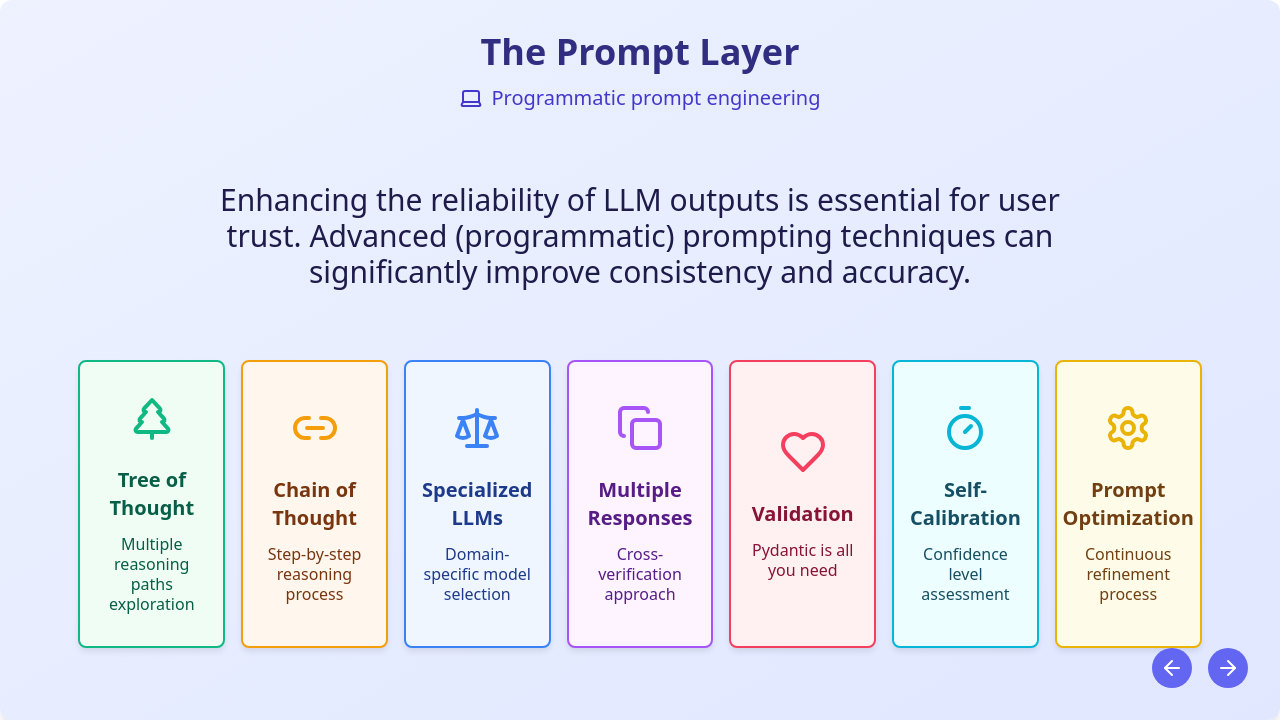
Repository: Galbaz1/dell_presentation
Page: /slide7
The author's editor kept a copy of each file at every save. The page is drawn from the files as they stood at one save, then again after the next save.
The browser window is 1280 px wide. The pictures show the whole page.
The project was rebuilt for these pictures with package versions that can differ from the ones it lists, and the page was loaded fresh each time. The framework's server and built-in components were replaced by stand-ins that run in the browser. Also part of the build but not shown: styles/animations/slide1.css, styles/animations/slide2.css.

Above is the page before, as saved 2024-11-13 13:13:43.

### pages/_app.tsx
import '../styles/globals.css'
import '../styles/animations/slide1.css'
import '../styles/animations/slide2.css'
import type { AppProps } from 'next/app'

function MyApp({ Component, pageProps }: AppProps) {
  return <Component {...pageProps} />
}

export default MyApp

### pages/slide7.tsx
import React, { useState, useEffect } from 'react';
import {
  ArrowLeft,
  GitBranch,
  Brain,
  Scale,
  Copy,
  Heart,
  Timer,
  Settings,
  TreePine,
  Link2,
  ArrowRight,
  Laptop,
} from 'lucide-react';
import Link from 'next/link';
import { motion, AnimatePresence } from 'framer-motion';
import { useRouter } from 'next/router';

const Slide7: React.FC = () => {
  const router = useRouter();
  const [hoveredBlock, setHoveredBlock] = useState<number | null>(null);
  const [displayedText, setDisplayedText] = useState('');
  const fullText = "Enhancing the reliability of LLM outputs is essential for user trust. Advanced (programmatic) prompting techniques can significantly improve consistency and accuracy.";

  useEffect(() => {
    let index = 0;
    const timer = setInterval(() => {
      if (index <= fullText.length) {
        setDisplayedText(fullText.slice(0, index));
        index++;
      } else {
        clearInterval(timer);
      }
    }, 30); // Adjust speed as needed

    return () => clearInterval(timer);
  }, []);

  useEffect(() => {
    const handleKeyDown = (event: KeyboardEvent) => {
      switch (event.key) {
        case 'ArrowLeft':
          router.push('/slide4');
          break;
        case 'ArrowRight':
          router.push('/slide8');
          break;
      }
    };

    window.addEventListener('keydown', handleKeyDown);
    return () => window.removeEventListener('keydown', handleKeyDown);
  }, [router]);

  const blocks = [
    {
      icon: <TreePine className="w-8 h-8" />,
      title: "Tree of Thought",
      description: "Multiple reasoning paths exploration",
      color: {
        bg: "#f0fdf4",
        border: "#10b981",
        text: "#065f46"
      }
    },
    {
      icon: <Link2 className="w-8 h-8" />,
      title: "Chain of Thought",
      description: "Step-by-step reasoning process",
      color: {
        bg: "#fff7ed",
        border: "#f59e0b",
        text: "#78350f"
      }
    },
    {
      icon: <Scale className="w-8 h-8" />,
      title: "Specialized LLMs",
      description: "Domain-specific model selection",
      color: {
        bg: "#eff6ff",
        border: "#3b82f6",
        text: "#1e3a8a"
      }
    },
    {
      icon: <Copy className="w-8 h-8" />,
      title: "Multiple Responses",
      description: "Cross-verification approach",
      color: {
        bg: "#fdf4ff",
        border: "#a855f7",
        text: "#581c87"
      }
    },
    {
      icon: <Heart className="w-8 h-8" />,
      title: "Validation",
      description: "Pydantic is all you need",
      color: {
        bg: "#fff1f2",
        border: "#f43f5e",
        text: "#881337"
      }
    },
    {
      icon: <Timer className="w-8 h-8" />,
      title: "Self-Calibration",
      description: "Confidence level assessment",
      color: {
        bg: "#ecfeff",
        border: "#06b6d4",
        text: "#164e63"
      }
    },
    {
      icon: <Settings className="w-8 h-8" />,
      title: "Prompt Optimization",
      description: "Continuous refinement process",
      color: {
        bg: "#fefce8",
        border: "#eab308",
        text: "#713f12"
      }
    }
  ];

  const containerVariants = {
    hidden: { opacity: 0 },
    visible: {
      opacity: 1,
      transition: {
        staggerChildren: 0.1
      }
    }
  };

  const blockVariants = {
    hidden: { y: 20, opacity: 0 },
    visible: (i: number) => ({
      y: 0,
      opacity: 1,
      transition: {
        delay: i * 0.1,
        type: "spring",
        stiffness: 100,
        damping: 15
      }
    }),
    hover: {
      scale: 1.03,
      y: -5,
      transition: {
        type: "spring",
        stiffness: 400,
        damping: 10
      }
    }
  };

  return (
    <div className="bg-gradient-to-br from-indigo-50 to-indigo-100 p-8 rounded-xl shadow-lg min-h-screen overflow-hidden relative">
      {/* Header */}
      <motion.div
        className="mb-16"
        initial={{ y: -20, opacity: 0 }}
        animate={{ y: 0, opacity: 1 }}
        transition={{ duration: 0.8 }}
      >
        <h1 className="text-4xl font-bold text-indigo-900 mb-3 text-center">The Prompt Layer</h1>
        <p className="text-xl text-indigo-700 text-center flex items-center justify-center">
          <Laptop className="w-6 h-6 mr-2" />
          Programmatic prompt engineering
        </p>
      </motion.div>

      {/* Streaming Text Container - Fixed height to prevent layout shifts */}
      <div className="h-[120px] flex items-center justify-center mb-16">
        <motion.div
          className="max-w-4xl mx-auto text-center"
          initial={{ opacity: 0 }}
          animate={{ opacity: 1 }}
          transition={{ delay: 0.5 }}
        >
          <AnimatePresence mode='wait'>
            <motion.span
              key={displayedText}
              initial={{ opacity: 0.5 }}
              animate={{ opacity: 1 }}
              className="text-3xl font-medium text-indigo-950"
            >
              {displayedText}
            </motion.span>
            {displayedText.length < fullText.length && (
              <motion.span
                className="inline-block w-1 h-8 bg-indigo-600 ml-1"
                animate={{ opacity: [1, 0] }}
                transition={{ duration: 0.5, repeat: Infinity }}
              />
            )}
          </AnimatePresence>
        </motion.div>
      </div>

      {/* Blocks Container */}
      <motion.div
        className="max-w-[95%] mx-auto grid grid-cols-7 gap-4 px-4"
        variants={containerVariants}
        initial="hidden"
        animate="visible"
        style={{ height: '40vh' }}
      >
        {blocks.map((block, index) => (
          <motion.div
            key={block.title}
            className="w-full h-full aspect-square"
            variants={blockVariants}
            custom={index}
            whileHover="hover"
            onHoverStart={() => setHoveredBlock(index)}
            onHoverEnd={() => setHoveredBlock(null)}
          >
            <div
              className="h-full relative p-4"
              style={{
                backgroundColor: block.color.bg,
                borderColor: block.color.border,
                borderWidth: 2,
                borderStyle: 'solid',
                borderRadius: '0.5rem',
                display: 'flex',
                flexDirection: 'column',
                justifyContent: 'center',
                alignItems: 'center',
                boxShadow: '0 4px 6px -1px rgb(0 0 0 / 0.1)'
              }}
            >
              {/* Glow effect on hover */}
              {hoveredBlock === index && (
                <motion.div
                  className="absolute inset-0 rounded-lg"
                  initial={{ opacity: 0 }}
                  animate={{ opacity: 0.2 }}
                  exit={{ opacity: 0 }}
                  style={{
                    backgroundColor: block.color.border,
                    filter: 'blur(15px)',
                    zIndex: -1
                  }}
                />
              )}

              <div className="flex flex-col items-center justify-center text-center h-full">
                <motion.div
                  className="mb-6"
                  animate={hoveredBlock === index ? {
                    scale: [1, 1.2, 1],
                    rotate: [0, 360],
                    transition: { duration: 1 }
                  } : {}}
                  style={{ color: block.color.border }}
                >
                  {React.cloneElement(block.icon, { className: "w-12 h-12" })}
                </motion.div>

                <h3
                  className="text-xl font-bold mb-3"
                  style={{ color: block.color.text }}
                >
                  {block.title}
                </h3>

                <p
                  className="text-base leading-tight"
                  style={{ color: block.color.text }}
                >
                  {block.description}
                </p>
              </div>
            </div>
          </motion.div>
        ))}
      </motion.div>

      {/* Navigation */}
      <div className="absolute bottom-8 right-8 flex items-center space-x-4">
        <Link href="/slide6" className="bg-indigo-500 hover:bg-indigo-600 text-white p-2 rounded-full transition-colors">
          <ArrowLeft className="w-6 h-6" />
        </Link>
        <Link href="/slide8" className="bg-indigo-500 hover:bg-indigo-600 text-white p-2 rounded-full transition-colors">
          <ArrowRight className="w-6 h-6" />
        </Link>
      </div>
    </div>
  );
};

export default Slide7;

### styles/globals.css
@tailwind base;
@tailwind components;
@tailwind utilities;

@keyframes fallAndBounce {
  0% {
    transform: translateY(-100%) translateX(-50%);
  }
  70% {
    transform: translateY(140%) translateX(-50%);
  }
  75% {
    transform: translateY(130%) translateX(-50%);
  }
  80% {
    transform: translateY(135%) translateX(-50%);
  }
  85% {
    transform: translateY(128%) translateX(-50%);
  }
  90% {
    transform: translateY(132%) translateX(-50%);
  }
  100% {
    transform: translateY(0%) translateX(-50%);
  }
}

@keyframes developerFall {
  0%, 69% {
    transform: translateX(-50%) rotate(0deg);
  }
  100% {
    transform: translateX(100%) rotate(90deg);
  }
}

@keyframes pulsate {
  0% {
    transform: translateY(0%) translateX(-50%) scale(1);
  }
  8% {
    transform: translateY(0%) translateX(-50%) scale(1.15);
  }
  10% {
    transform: translateY(0%) translateX(-50%) scale(1.1);
  }
  18% {
    transform: translateY(0%) translateX(-50%) scale(1.35);
  }
  20% {
    transform: translateY(0%) translateX(-50%) scale(1.3);
  }
  28% {
    transform: translateY(0%) translateX(-50%) scale(1.55);
  }
  30% {
    transform: translateY(0%) translateX(-50%) scale(1.5);
  }
  38% {
    transform: translateY(0%) translateX(-50%) scale(1.75);
  }
  40% {
    transform: translateY(0%) translateX(-50%) scale(1.7);
  }
  48% {
    transform: translateY(0%) translateX(-50%) scale(1.95);
  }
  50% {
    transform: translateY(0%) translateX(-50%) scale(1.9);
  }
  100% {
    transform: translateY(0%) translateX(-50%) scale(2);
  }
}

@keyframes explodePiece {
  0% {
    transform: translate(0, 0) rotate(0);
    opacity: 1;
  }
  100% {
    transform: translate(var(--tx), 1000px) rotate(var(--tr));
    opacity: 0;
  }
}

.animate-fall-bounce {
  animation:
    fallAndBounce 3s cubic-bezier(0.4, 0, 0.2, 1) forwards,
    pulsate 8s cubic-bezier(0.4, 0, 0.2, 1) 5s forwards;
}

.animate-developer-fall {
  animation: developerFall 1.2s cubic-bezier(0.4, 0, 0.2, 1) forwards;
  animation-delay: 2.1s;
}

.explosion-piece {
  position: absolute;
  animation: explodePiece 2s cubic-bezier(0.4, 0, 0.2, 1) forwards;
  animation-delay: 16s; /* 5s wait + 8s growth + 3s wait */
}

### tailwind.config.js
/** @type {import('tailwindcss').Config} */
module.exports = {
  content: [
    "./pages/**/*.{js,ts,jsx,tsx}",
    "./components/**/*.{js,ts,jsx,tsx}",
    "./styles/**/*.css",
  ],
  theme: {
    extend: {},
  },
  plugins: [],
}

After the next save:
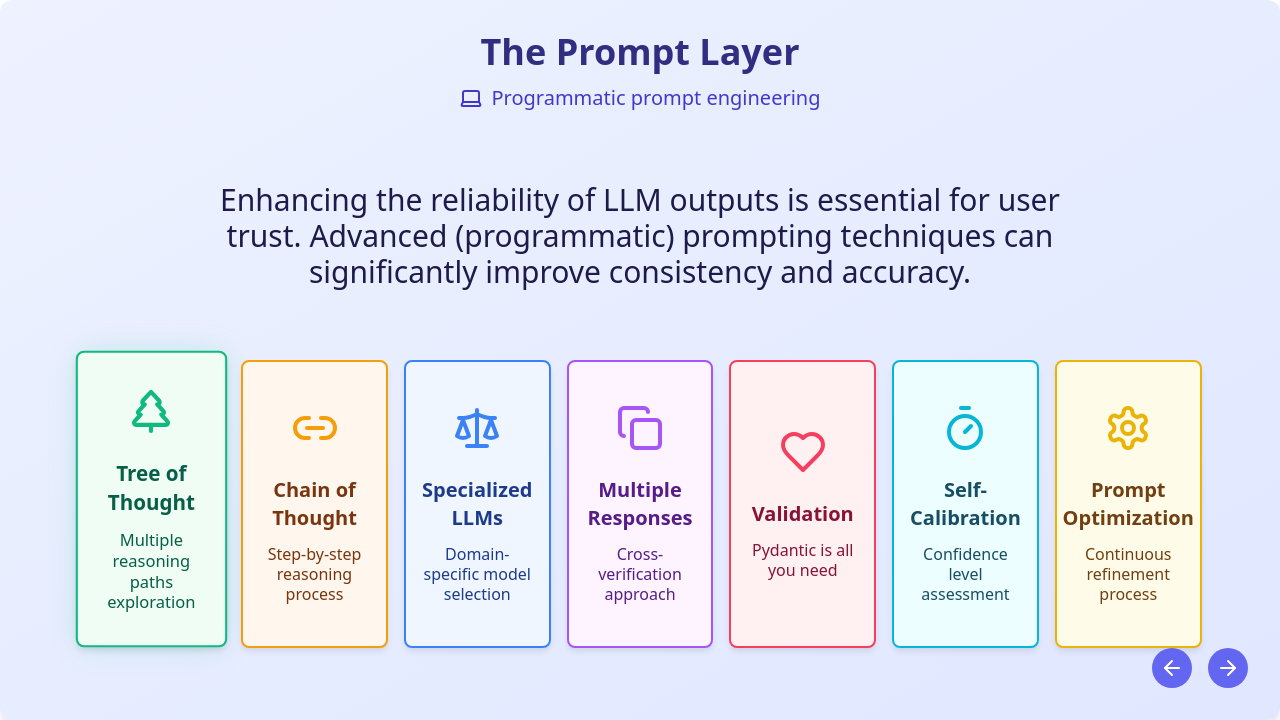
Saved 33 s later.
--- a/pages/slide7.tsx
+++ b/pages/slide7.tsx
@@ -21,6 +21,7 @@ const Slide7: React.FC = () => {
   const router = useRouter();
   const [hoveredBlock, setHoveredBlock] = useState<number | null>(null);
   const [displayedText, setDisplayedText] = useState('');
+  const [autoHoverIndex, setAutoHoverIndex] = useState<number>(0);
   const fullText = "Enhancing the reliability of LLM outputs is essential for user trust. Advanced (programmatic) prompting techniques can significantly improve consistency and accuracy.";
 
   useEffect(() => {
@@ -52,6 +53,30 @@ const Slide7: React.FC = () => {
     window.addEventListener('keydown', handleKeyDown);
     return () => window.removeEventListener('keydown', handleKeyDown);
   }, [router]);
+
+  useEffect(() => {
+    // Start the interval
+    const interval = setInterval(() => {
+      setAutoHoverIndex((prevIndex) => {
+        // Move to next index, or back to 0 if at the end
+        return prevIndex >= blocks.length - 1 ? 0 : prevIndex + 1;
+      });
+    }, 10000); // 10 seconds
+
+    // Set initial hover
+    setHoveredBlock(0);
+
+    // Update hoveredBlock whenever autoHoverIndex changes
+    const hoverEffect = () => {
+      setHoveredBlock(autoHoverIndex);
+    };
+    hoverEffect();
+
+    // Cleanup
+    return () => {
+      clearInterval(interval);
+    };
+  }, [autoHoverIndex]); // Depend on autoHoverIndex
 
   const blocks = [
     {
@@ -217,9 +242,7 @@ const Slide7: React.FC = () => {
             className="w-full h-full aspect-square"
             variants={blockVariants}
             custom={index}
-            whileHover="hover"
-            onHoverStart={() => setHoveredBlock(index)}
-            onHoverEnd={() => setHoveredBlock(null)}
+            animate={hoveredBlock === index ? "hover" : "initial"}
           >
             <div
               className="h-full relative p-4"
